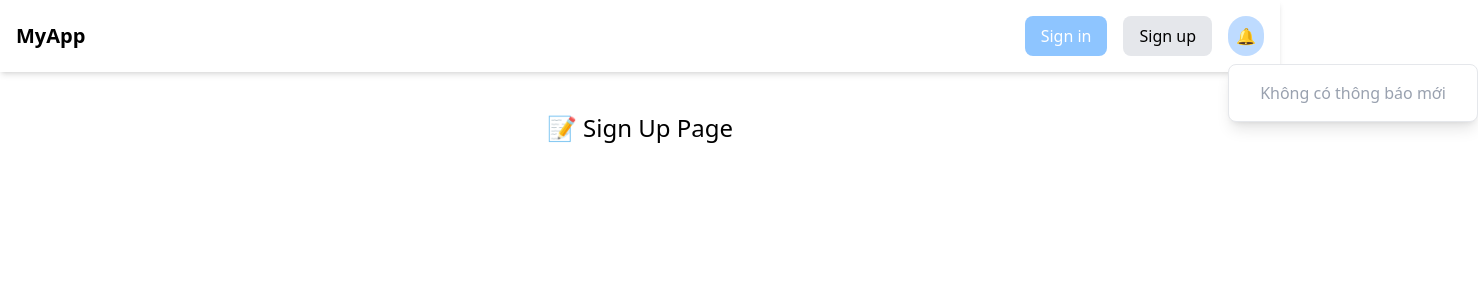
Repository: reminzuetto/JapaneseTranslationApp
Page: /signup, after clicking the first element matching `div.p-2`
These files come from the project's save history. The page is drawn as it stood at one moment and after a run of saves; the edit follows.
The browser window is 1280 px wide. The page is 1478 px wide, then 1280 px, so the pictures cover 1478 px, including what lies to the right of the window. The pictures show the whole page.
The project was rebuilt for these pictures with package versions that can differ from the ones it lists, and the page was loaded fresh each time. Also part of the build but not shown: vite.config.js, src/pages/Home.jsx, src/pages/SignIn.jsx.

Above is the page before, as saved 2025-03-11 23:45:07.

After the next 2 saves:
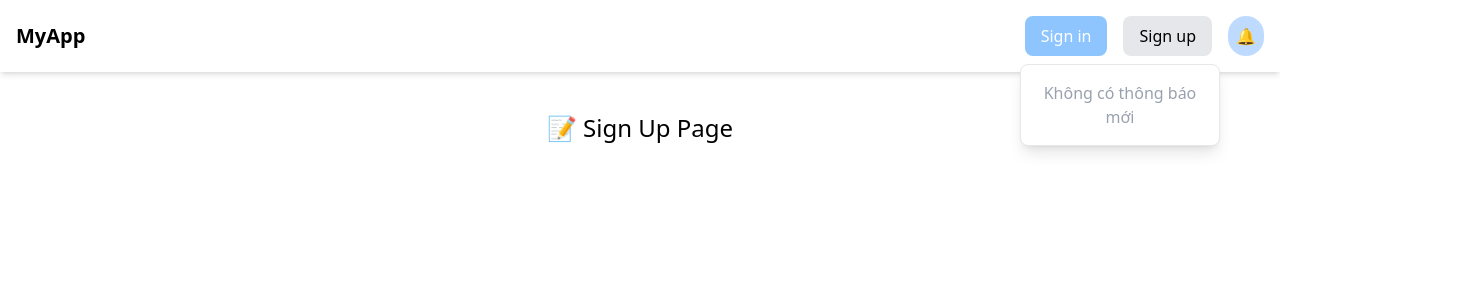
The 2 saves are shown as one change because 1 did not build or start.
The last was saved 2 min 7 s later.
--- a/src/components/Header/Header.jsx
+++ b/src/components/Header/Header.jsx
@@ -33,7 +33,7 @@ const Header = () => {
           </div>
 
           {show && (
-            <div className="absolute top-full left-0 min-w-[250px] mt-2 bg-white shadow-lg rounded-lg border border-gray-200">
+            <div className="absolute top-full -left-2 min-w-[200px] translate-x-[-100%] mt-2 bg-white shadow-lg rounded-lg border border-gray-200">
               <div className="p-4 text-gray-400 text-center">
                 Không có thông báo mới
               </div>
